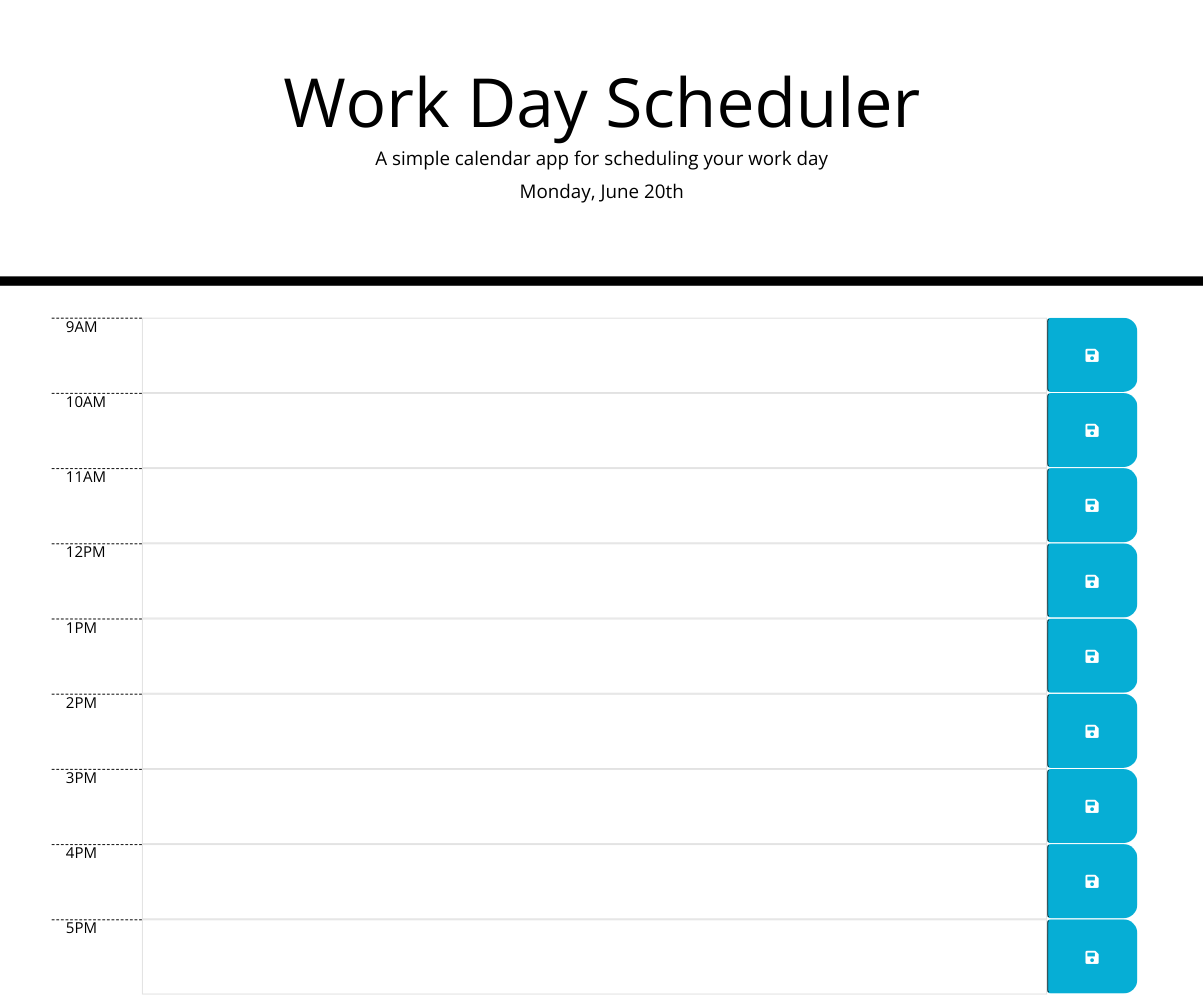
Repository: dtierney21/work-day-scheduler
Page: index.html
An editor plug-in stored every save of this project. The page is shown before and after the next save, followed by the edit.
The browser window is 1280 px wide. The pictures show the whole page, at 94% of full size.
Some web libraries are served in a nearby version.

Above is the page before, as saved 2022-06-28 15:19:59.
Console error: ReferenceError: localStage is not defined

### index.html
<!DOCTYPE html>
<html lang="en">
  <head>
    <meta charset="UTF-8" />
    <meta name="viewport" content="width=device-width, initial-scale=1.0" />
    <meta http-equiv="X-UA-Compatible" content="ie=edge" />
    <link
      rel="stylesheet"
      href="https://stackpath.bootstrapcdn.com/bootstrap/4.3.1/css/bootstrap.min.css"
    />
    <link
      rel="stylesheet"
      href="https://use.fontawesome.com/releases/v5.8.1/css/all.css"
      integrity="sha384-50oBUHEmvpQ+1lW4y57PTFmhCaXp0ML5d60M1M7uH2+nqUivzIebhndOJK28anvf"
      crossorigin="anonymous"
    />
    <link
      href="https://fonts.googleapis.com/css?family=Open+Sans&display=swap"
      rel="stylesheet"
    />
    <link rel="stylesheet" href="./assets/css/style.css" />
    <title>Work Day Scheduler</title>
  </head>

  <body>
    <header class="jumbotron">
      <h1 class="display-3">Work Day Scheduler</h1>
      <p class="lead">A simple calendar app for scheduling your work day</p>
      <p id="currentDay" class="lead"></p>
    </header>
    <section class="container">
        <div class="row">
      <!-- Timeblocks go here -->
            <ul class="list-group col-12">
                <div class="row">
                    <li class="hour col-1">9AM</li>
                    <li class="list-group-item description col-10" data-hour="9"></li>
                    <button class="btn saveBtn col-1" type="submit"><i class="fa fa-save"></i></button>
                </div>
                <div class="row">
                    <li class="hour col-1">10AM</li>
                    <li class="list-group-item description col-10" data-hour="10"></li>
                    <button class="btn saveBtn col-1" type="submit"><i class="fa fa-save"></i></button>
                </div>
                <div class="row">
                    <li class="hour col-1">11AM</li>
                    <li class="list-group-item description col-10" data-hour="11"></li>
                    <button class="btn saveBtn col-1" type="submit"><i class="fa fa-save"></i></button>
                </div>
                <div class="row">
                    <li class="hour col-1">12PM</li>
                    <li class="list-group-item description col-10" data-hour="12"></li>
                    <button class="btn saveBtn col-1" type="submit"><i class="fa fa-save"></i></button>
                </div>
                <div class="row">
                    <li class="hour col-1">1PM</li>
                    <li class="list-group-item description col-10" data-hour="13"></li>
                    <button class="btn saveBtn col-1" type="submit"><i class="fa fa-save"></i></button>
                </div>
                <div class="row">
                    <li class="hour col-1">2PM</li>
                    <li class="list-group-item description col-10" data-hour="14"></li>
                    <button class="btn saveBtn col-1" type="submit"><i class="fa fa-save"></i></button>
                </div>
                <div class="row">
                    <li class="hour col-1">3PM</li>
                    <li class="list-group-item description col-10" data-hour="15"></li>
                    <button class="btn saveBtn col-1" type="submit"><i class="fa fa-save"></i></button>
                </div>
                <div class="row">
                    <li class="hour col-1">4PM</li>
                    <li class="list-group-item description col-10" data-hour="16"></li>
                    <button class="btn saveBtn col-1" type="submit"><i class="fa fa-save"></i></button>
                </div>
                <div class="row">
                    <li class="hour col-1">5PM</li>
                    <li class="list-group-item description col-10" data-hour="17"></li>
                    <button class="btn saveBtn col-1" type="submit"><i class="fa fa-save"></i></button>
                </div>
            </ul>
        </div>
    </section>

    <script src="https://cdnjs.cloudflare.com/ajax/libs/jquery/3.5.1/jquery.min.js"></script>
    <script src="https://cdnjs.cloudflare.com/ajax/libs/moment.js/2.24.0/moment.min.js"></script>
    <script src="./assets/js/script.js"></script>
  </body>
</html>

### assets/css/style.css
body {
  font-family: 'Open Sans', sans-serif;
  font-size: 16px;
  line-height: 1;
}

textarea {
  background: transparent;
  border: none;
  resize: none;
  color: #000000;
  border-left: 1px solid black;
  padding: 10px;
}

.jumbotron {
  text-align: center;
  background-color: transparent;
  color: black;
  border-radius: 0;
  border-bottom: 10px solid black;
}

.description {
  white-space: pre-wrap;
}

.time-block {
  text-align: center;
  border-radius: 15px;
}

.row {
  white-space: pre-wrap;
  height: 80px;
  border-top: 1px solid white;
}

.hour {
  background-color: #ffffff;
  color: #000000;
  border-top: 1px dashed #000000;
  list-style-type: none;
  /*
  text-align: center;
  justify-content: center;
  */
}

.past {
  background-color: #d3d3d3;
  color: white;
}

.present {
  background-color: #ff6961;
  color: white;
}

.future {
  background-color: #77dd77;
  color: white;
}

.saveBtn {
  border-left: 1px solid black;
  border-top-right-radius: 15px;
  border-bottom-right-radius: 15px;
  background-color: #06aed5;
  color: white;
}

.saveBtn i:hover {
  font-size: 20px;
  transition: all 0.3s ease-in-out;
}

### assets/js/script.js
var now = moment();
console.log(now);

var currentHour = moment().format('H');
console.log(currentHour);

var currentDayEl = $('#currentDay');
var today = moment().format('dddd, MMMM Do');

currentDayEl.text(today);

var descriptions = localStage.getItem("descriptions")



$('.description').each(function() {
    if ($(this).data('hour') == currentHour) {
        $(this).addClass('present');
    } else if($(this).data('hour') > currentHour){
        $(this).addClass('future');
    } else {
        $(this).addClass('past');
    }
})

$('.saveBtn').on('click', function() {
    localStorage.setItem('descriptions', 'test');
})

After the next save:
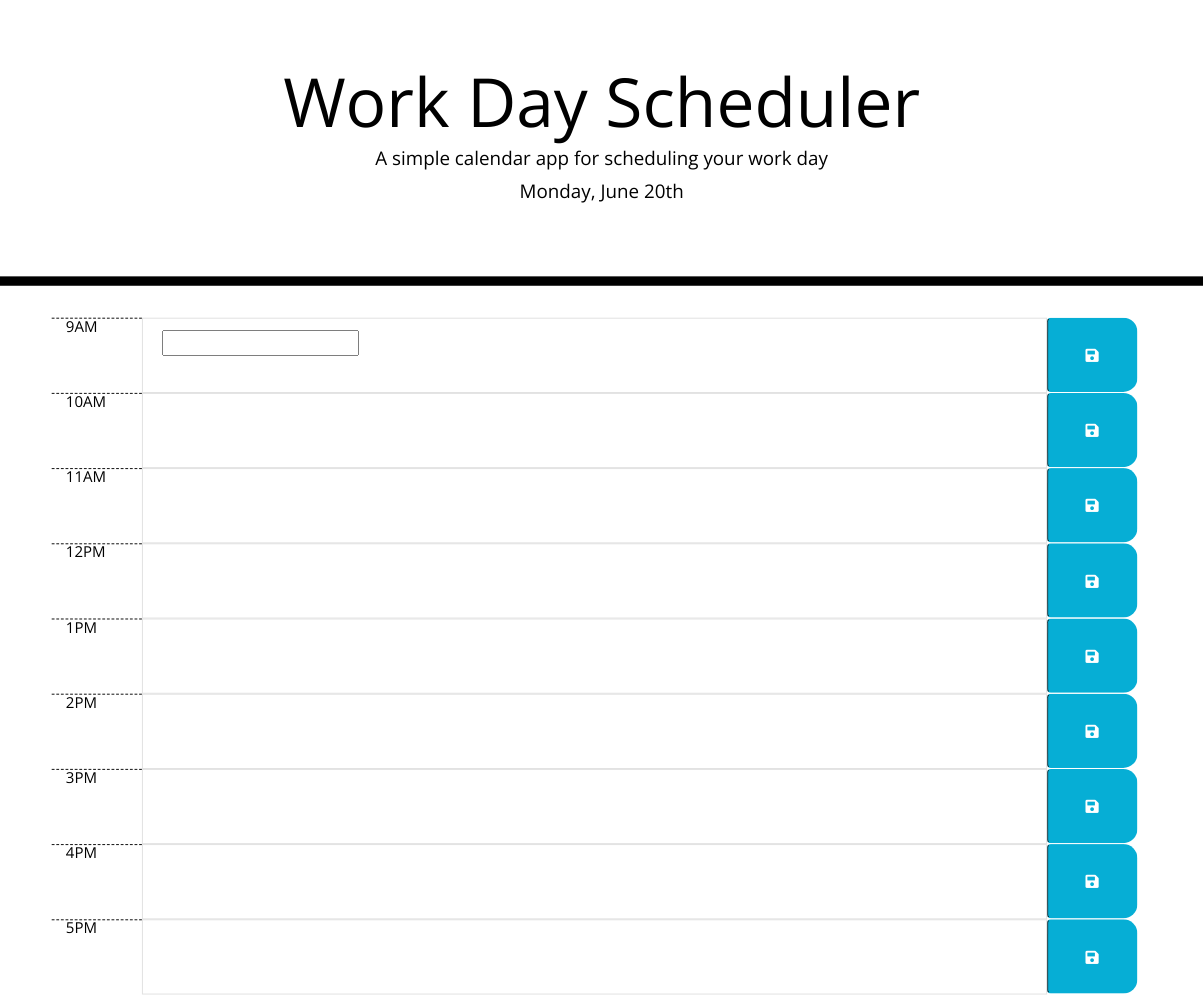
Saved 93 s later.
--- a/index.html
+++ b/index.html
@@ -34,7 +34,7 @@
             <ul class="list-group col-12">
                 <div class="row">
                     <li class="hour col-1">9AM</li>
-                    <li class="list-group-item description col-10" data-hour="9"></li>
+                    <li class="list-group-item description col-10" data-hour="9"><input type='text'></li>
                     <button class="btn saveBtn col-1" type="submit"><i class="fa fa-save"></i></button>
                 </div>
                 <div class="row">
